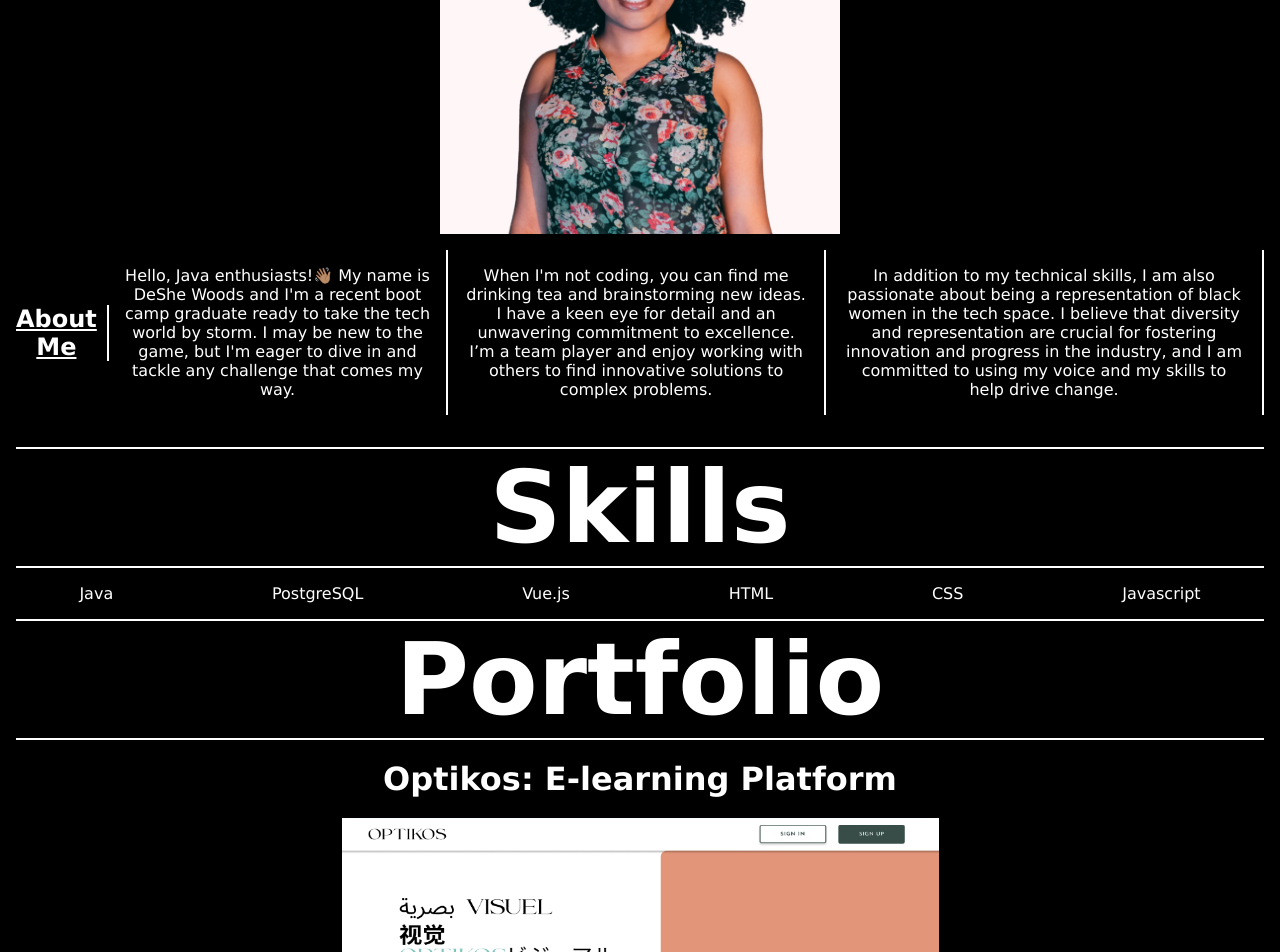
Repository: woodsdeshe/portfolio
Page: index.html
An editor plug-in stored every save of this project. The page is shown before and after the next save, followed by the edit.
The browser window is 1280 px wide. The pictures show the part of the page from y = 976 to 1928 px (the page is 2416 px tall before and 2321 px after).
A picture or video elsewhere on the page could not be fetched, so the positions and the page height are approximate. Some web fonts or font styles are not loaded; a fallback is used.

Above is the page before, as saved 2023-06-11 12:47:22.

After the next save:
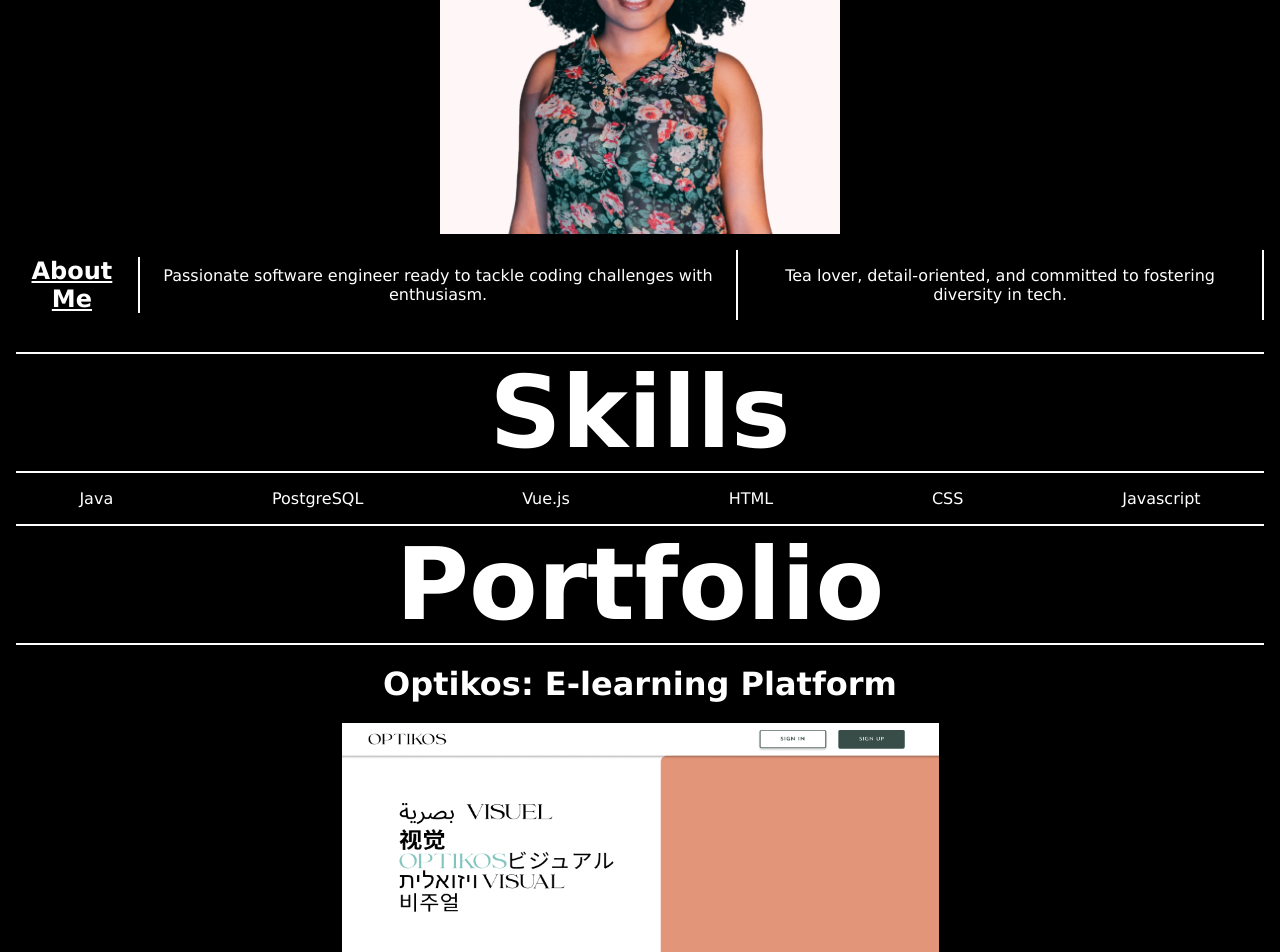
Saved 2 min 37 s later.
--- a/index.html
+++ b/index.html
@@ -32,10 +32,9 @@
         <img src="Headshot.jpg" alt="Picture of DeShe Woods">
     </div>
     <div class="about-me" data-aos="fade-up">
-        <h2 id="about">About Me</h2>
-        <p>Hello, Java enthusiasts!👋🏽 My name is DeShe Woods and I'm a recent boot camp graduate ready to take the tech world by storm. I may be new to the game, but I'm eager to dive in and tackle any challenge that comes my way.</p>
-        <p>When I'm not coding, you can find me drinking tea and brainstorming new ideas. I have a keen eye for detail and an unwavering commitment to excellence. I’m a team player and enjoy working with others to find innovative solutions to complex problems.</p>
-        <p>In addition to my technical skills, I am also passionate about being a representation of black women in the tech space. I believe that diversity and representation are crucial for fostering innovation and progress in the industry, and I am committed to using my voice and my skills to help drive change.</p>
+        <h2>About Me</h2>
+        <p>Passionate software engineer ready to tackle coding challenges with enthusiasm.</p>
+        <p>Tea lover, detail-oriented, and committed to fostering diversity in tech.</p>
     </div>
 
     <div class="skills-header">
